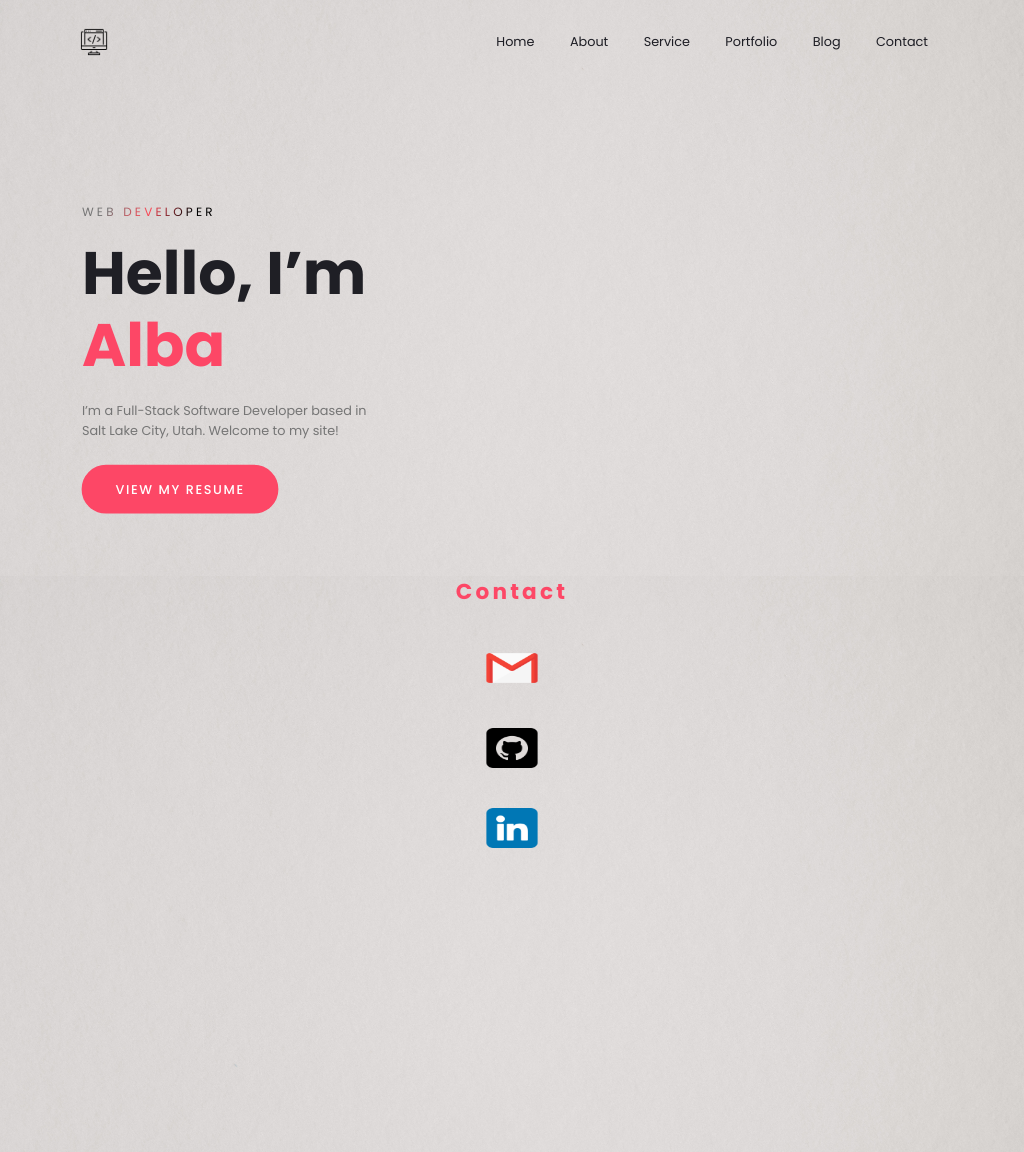
Repository: pilar122/port
Page: index.html
An editor plug-in stored every save of this project. The page is shown before and after the next save, followed by the edit.
The browser window is 1280 px wide. The pictures show the whole page, at 80% of full size.

Above is the page before, as saved 2022-01-29 17:14:27.

After the next save:
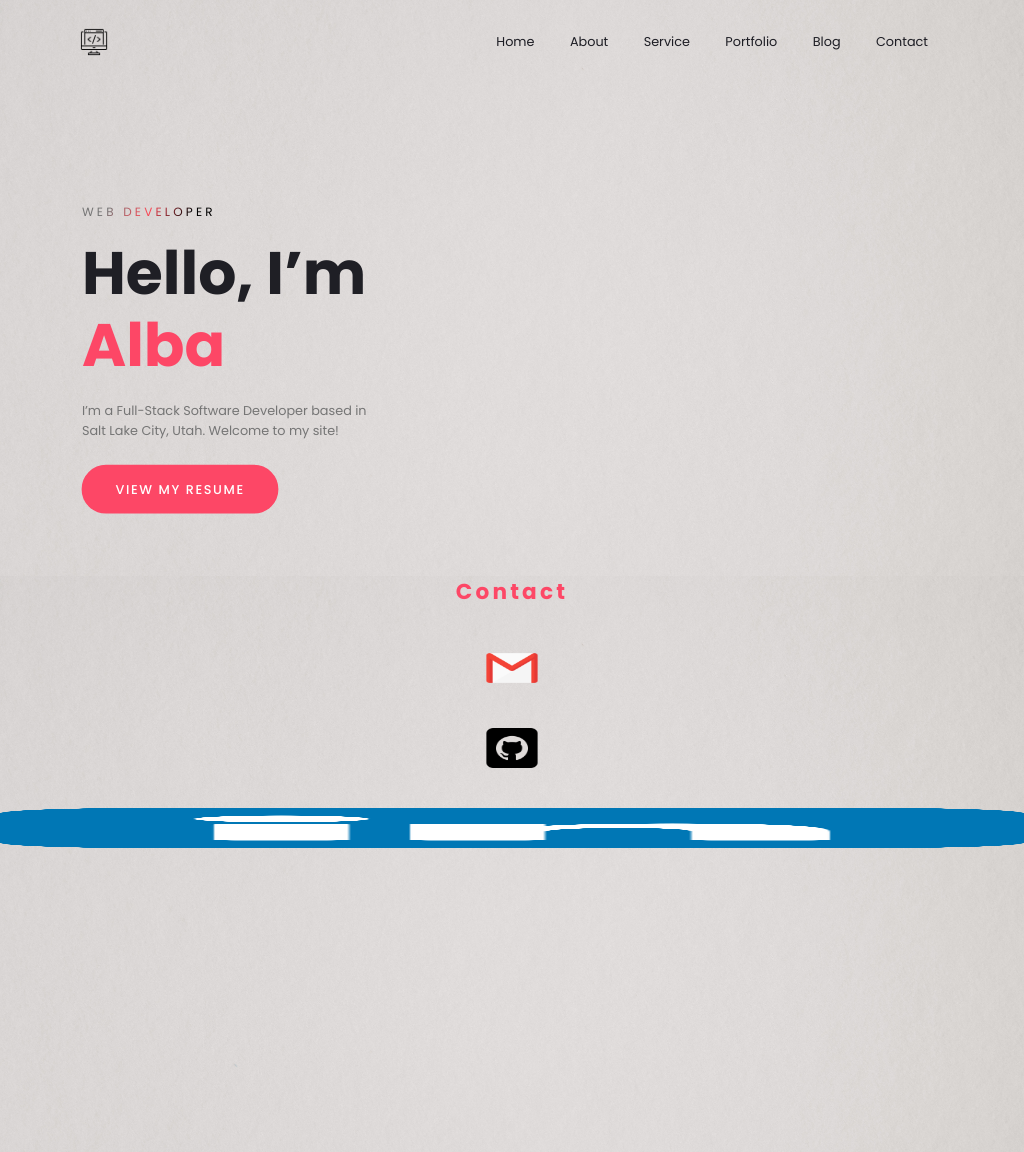
Saved 2 days later.
--- a/style.css
+++ b/style.css
@@ -129,5 +129,5 @@
     display: block;
   margin-left: auto;
   margin-right: auto;
-  width: 5%;
+  width: 100%;
 }

After the save that followed:
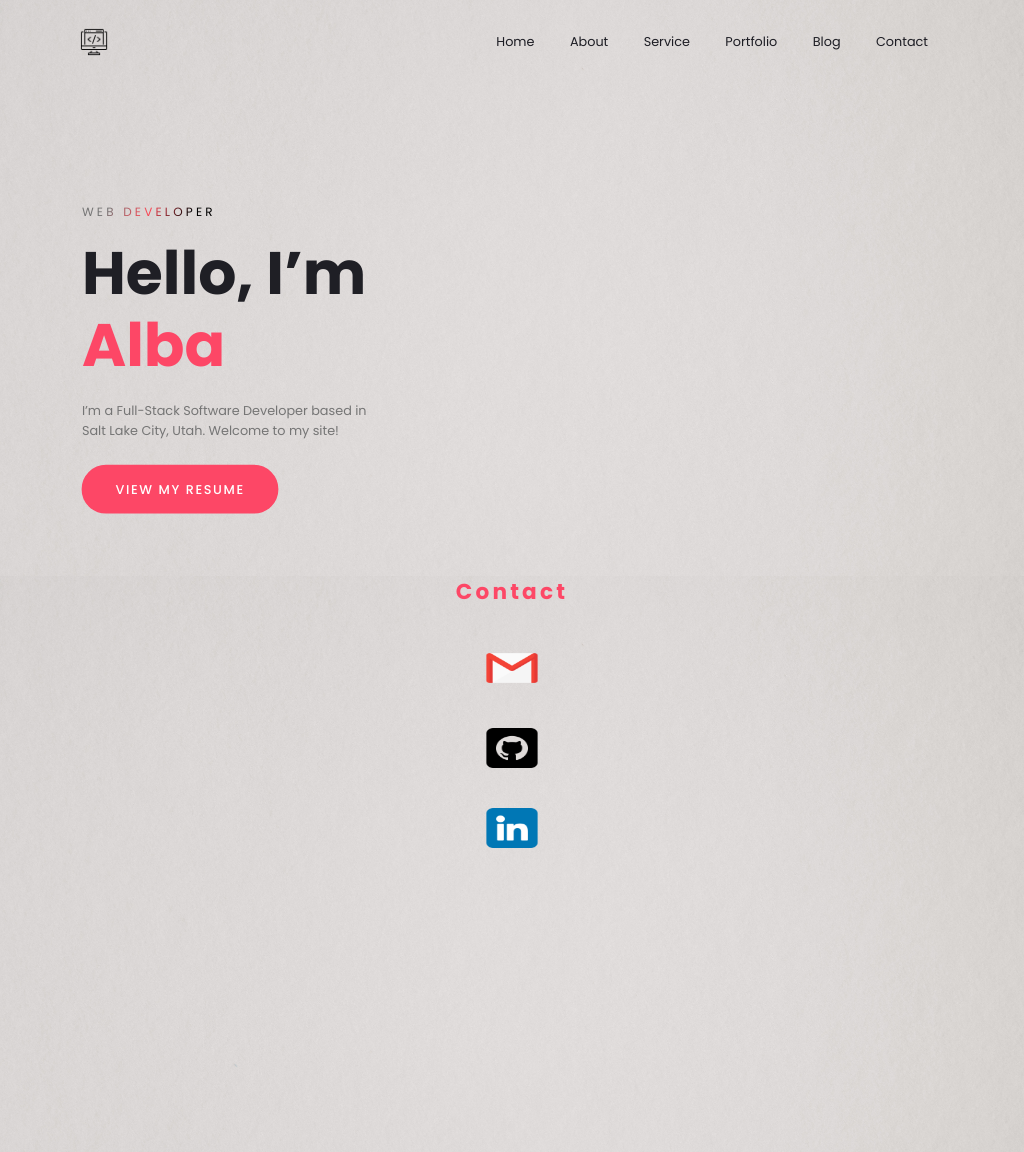
Saved 7 s later.
--- a/style.css
+++ b/style.css
@@ -129,5 +129,5 @@
     display: block;
   margin-left: auto;
   margin-right: auto;
-  width: 100%;
+  width: 5%;
 }
